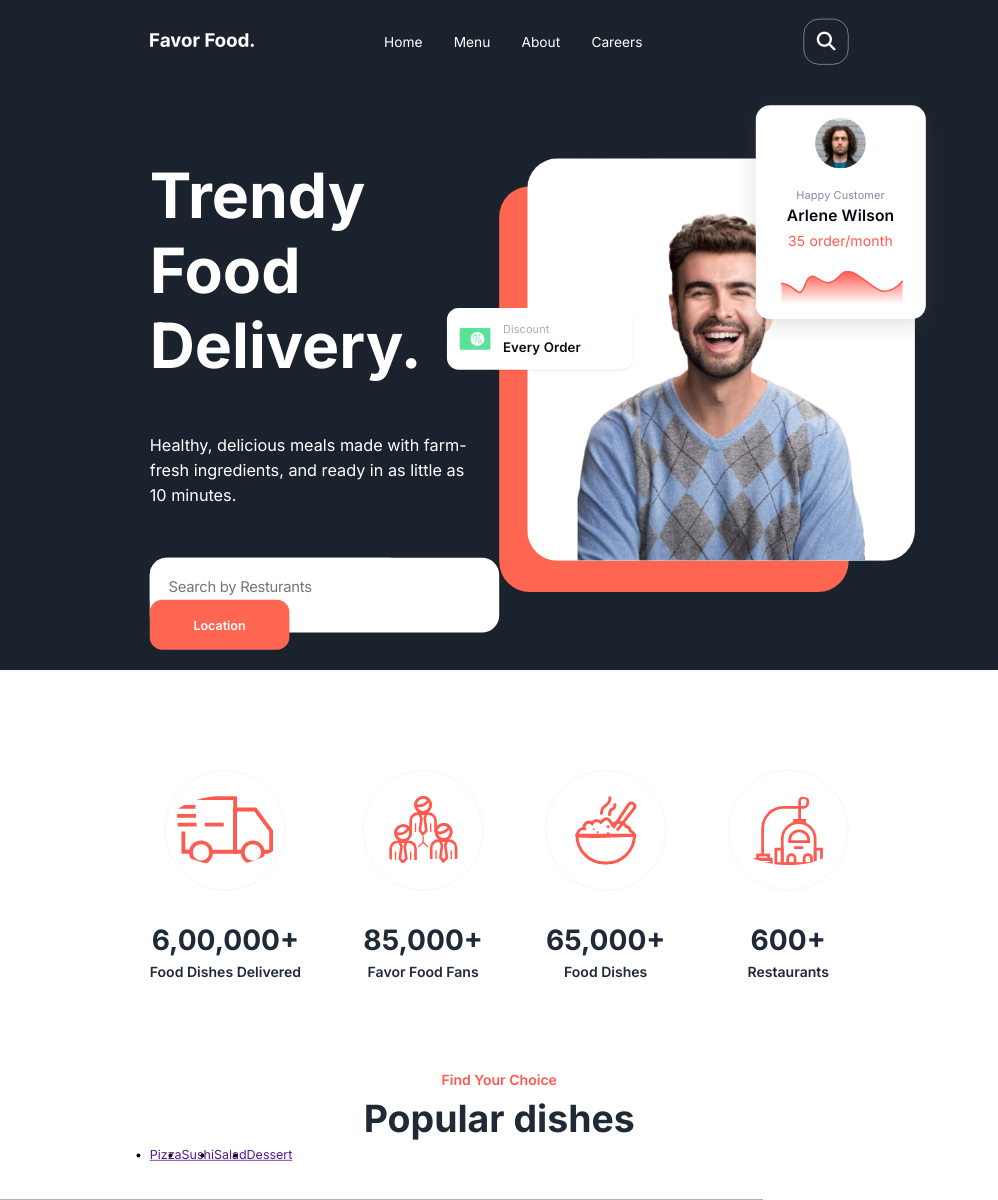
Repository: badhon252/favor-food
Page: index.html
These files come from the project's save history. The page is drawn as it stood at one moment and after the next save; the edit follows.
The browser window is 1280 px wide. The pictures show the whole page, at 78% of full size.
The style sheet was rebuilt from its Sass, Less or Tailwind sources for each picture, by a compiler version that may differ from the author's.

Above is the page before, as saved 2022-09-12 18:02:32.

### index.html
<!DOCTYPE html>
<html lang="en">

<head>
    <meta charset="UTF-8">
    <meta http-equiv="X-UA-Compatible" content="IE=edge">
    <meta name="viewport" content="width=device-width, initial-scale=1.0">
    <!-- fontawesome cdn link  -->
    <link rel="stylesheet" href="https://cdnjs.cloudflare.com/ajax/libs/font-awesome/6.2.0/css/all.min.css">
    <!-- custom css  -->
    <link rel="stylesheet" href="scss/style.css">

    <title>Favor-Food</title>
</head>

<body>
    <header class="">
        <div class="container">

            <nav>
                <div class="navbar-brand">
                    <img src="./images/logo.svg" alt="">
                </div>
                <ul class="nav">
                    <li><a href="">Home</a></li>
                    <li><a href="">Menu</a></li>
                    <li><a href="">About</a></li>
                    <li><a href="">Careers</a></li>
                </ul>

                <div class="search-icon">
                    <i class="fa-solid fa-magnifying-glass"></i>
                </div>
            </nav>

            <div class="header-content my-2">
                <div class="row">


                    <div class="col-md-6">
                        <h1>Trendy Food <br> Delivery.</h1>
                        <p class="my-5">Healthy, delicious meals made with farm- <br> fresh ingredients, and ready in as
                            little as <br>
                            10 minutes.
                        </p>
                        <form action="">
                            <input type="text" id="location" placeholder="Search by Resturants">
                            <label for="location">Location</label>
                        </form>
                    </div>
                    <div class="col-md-6">
                        <div class="card my-3">

                            <img src="./images/image 624.svg" class="header-main-img" alt="">

                            <div class="discount-card">
                                <img src="./images/Group 4347.svg" alt="">
                                <div class="discount">
                                    <h4>Discount</h4>
                                    <h2>Every Order</h2>
                                </div>
                            </div>
                            <div class="profile-card">
                                <img src="./images/Group 2738.svg" alt="">
                                <h4>Happy Customer</h4>
                                <h3>Arlene Wilson</h3>
                                <h2>35 order/month</h2>
                                <img src="./images/Group 2811.svg" alt="">
                            </div>
                        </div>
                    </div>
                </div>
            </div>
        </div>
    </header>

    <div class="second-section">
        <div class="row container">
            <div class="col-md-3">
                <img src="./images/Group 4321.svg" alt="" class="my-2 py-2">
                <h2>6,00,000+</h2>
                <h3>Food Dishes Delivered</h3>
            </div>
            <div class="col-md-3">
                <img src="./images/Group 4328.svg" alt="" class="my-2 py-2">
                <h2>85,000+</h2>
                <h3>Favor Food Fans</h3>
            </div>
            <div class="col-md-3">
                <img src="./images/Group 4323.svg" alt="" class="my-2 py-2">
                <h2>65,000+</h2>
                <h3>Food Dishes</h3>
            </div>
            <div class="col-md-3">
                <img src="./images/Group 4324.svg" alt="" class="my-2 py-2">
                <h2>600+</h2>
                <h3>Restaurants</h3>
            </div>
        </div>
    </div>

    <section class="third-section container">
        <h3>Find Your Choice</h3>
        <h2>Popular dishes</h2>
        <nav>
            <ul>
                <li><a href="">Pizza</a></li>
                <li><a href="">Sushi</a></li>
                <li><a href="">Salad</a></li>
                <li><a href="">Dessert</a></li>
            </ul>
        </nav>
    </section>
</body>

</html>

### scss/style.scss
@import url("https://fonts.googleapis.com/css2?family=Inter:wght@400;600;700;800;900&display=swap");
* {
  margin: 0%;
  padding: 0;
  box-sizing: border-box;
  font-family: "Inter", sans-serif;
}

.container {
  margin: 0 12rem;
}
.row {
  display: flex;
  align-items: center;
  justify-content: space-between;
  max-width: 100%;
  .col-md-6 {
    max-width: 50%;
  }
}
h1 {
  font-weight: 700;
  font-size: 5rem;
  line-height: 96px;
}
.my-2 {
  margin: 2rem 0;
}
.my-3 {
  margin: 3rem 0;
}
.my-4 {
  margin: 4rem 0;
}
.my-5 {
  margin: 5rem 0;
}
.my-5 {
  margin: 5rem 0;
}
.my-6 {
  margin: 6rem 0;
}
.btn {
  outline: none;
  border: none;
  padding: 15px 30px;
}
.py-1 {
  padding: 1rem 0;
}
.py-2 {
  padding: 2rem 0;
}
.py-3 {
  padding: 3rem 0;
}
.py-4 {
  padding: 4rem 0;
}
//==========
//=========
// =======
header {
  background-color: #1a222d;
  color: #fff;
  nav {
    display: flex;
    justify-content: space-between;
    align-items: center;
    padding: 1.5rem 0;
    ul {
      display: flex;
      li {
        list-style-type: none;
        a {
          text-decoration: none;
          color: #fff;
          margin-right: 2.5rem;
          font-size: 1.1rem;
          font-weight: 500;
        }
      }
    }

    .search-icon {
      color: #fff;
      border: 1px solid rgba(255, 255, 255, 0.521);
      border-radius: 50%;
      padding: 1rem;
      border-radius: 20px;
      cursor: pointer;
      &:hover {
        opacity: 1;
      }
      i {
        font-size: 1.5rem;
      }
    }
  }

  .header-content {
    min-height: 80vh;
    padding: 3rem 0;
    h1 {
      margin: 1rem 0;
    }
    p {
      font-size: 1.3rem;
      font-weight: 500;
      margin: 4rem 0;
      line-height: 32px;
    }
    form {
      display: inline-block;
      border-radius: 22px;
      background: #ffffff;
      input {
        padding: 1.5rem;
        font-size: 19px;
        line-height: 28px;
        letter-spacing: -0.02em;
        outline: none;
        border: none;
        color: #b1b1b1;
        border-radius: 22px;
      }
      label {
        background: #ff6652;
        border-radius: 16px;
        padding: 1.4rem 3.5rem;
        margin-right: 0.6rem;
        cursor: pointer;
        font-weight: 600;
      }
    }

    .card {
      background: #ff6652;
      border-radius: 39px;
      // padding: 0 4rem;
      position: relative;
      .header-main-img {
        background-color: #fff;
        padding: 0 4rem;
        border-radius: 39px;
        position: relative;
        margin-left: 8%;
        margin-bottom: 8%;
        margin-top: -8%;
        transition: 0.4s;
        &:hover {
          margin-top: 0%;
          margin-left: 0%;
          margin-bottom: 0%;
        }

        // padding-left: 3rem;
        // &:hover {
        //   margin: -2rem -2rem auto auto;
        // }
      }

      .discount-card {
        position: absolute;
        top: 30%;
        left: -15%;
        background-color: #fff;
        color: #000;
        padding: 1rem;
        display: flex;
        border-radius: 15px;
        width: 238px;
        box-shadow: rgba(0, 0, 0, 0.1) 0px 1px 2px 0px;

        img {
          margin-right: 1rem;
        }
        h4 {
          font-weight: 400;
          font-size: 14px;
          line-height: 21px;
          letter-spacing: 0.01em;
          color: #a6a6bb;
        }
        h2 {
          font-weight: 600;
          font-size: 17px;
          line-height: 26px;
          letter-spacing: 0.01em;
          color: #070a13;
        }
      }
      .profile-card {
        position: absolute;
        top: -20%;
        right: -22%;
        width: 218px;
        height: 274px;
        background-color: #fff;
        border-radius: 18px;
        color: #000;
        padding: 0 2rem;
        text-align: center;
        box-shadow: rgba(100, 100, 111, 0.2) 0px 7px 29px 0px;
        img {
          margin: 1rem 0;
        }
        h4 {
          font-weight: 500;
          font-size: 14px;
          line-height: 16px;
          text-align: center;
          letter-spacing: 0.01em;
          color: #8888a5;
          margin: 0.4rem 0;
        }
        h3 {
          font-weight: 600;
          font-size: 20px;
          line-height: 23px;
          letter-spacing: 0.01em;
          color: #070a13;
        }
        h2 {
          font-weight: 500;
          font-size: 18px;
          line-height: 21px;
          letter-spacing: 0.01em;
          color: #fe5a50;
          margin: 0.7rem 0;
        }
      }
    }
  }
}

.second-section {
  padding: 4rem 0;
  text-align: center;
  img {
    border-radius: 50%;
    width: 155px;
    height: 155px;

    background: #ffffff;
    border: 1px solid #f3f3f3;
    &:hover {
      box-shadow: rgba(0, 0, 0, 0.1) 0px 20px 25px -5px,
        rgba(0, 0, 0, 0.04) 0px 10px 10px -5px;
    }
  }
  h2 {
    font-weight: 700;
    font-size: 36px;
    line-height: 54px;
    text-align: center;
    color: #202a36;
  }
  h3 {
    font-weight: 600;
    font-size: 18px;
    line-height: 27px;
    text-align: center;
    color: #202a36;
  }
}

.third-section {
  padding: 3rem 0;
  h3 {
    font-weight: 600;
    font-size: 18px;
    line-height: 27px;
    text-align: center;
    color: #fe5a50;
  }
  h2 {
    font-weight: 700;
    font-size: 48px;
    line-height: 72px;
    text-align: center;
    color: #202a36;
  }
  nav {
    ul {
      display: flex;
      align-items: center;
    }
  }
}

After the next save:
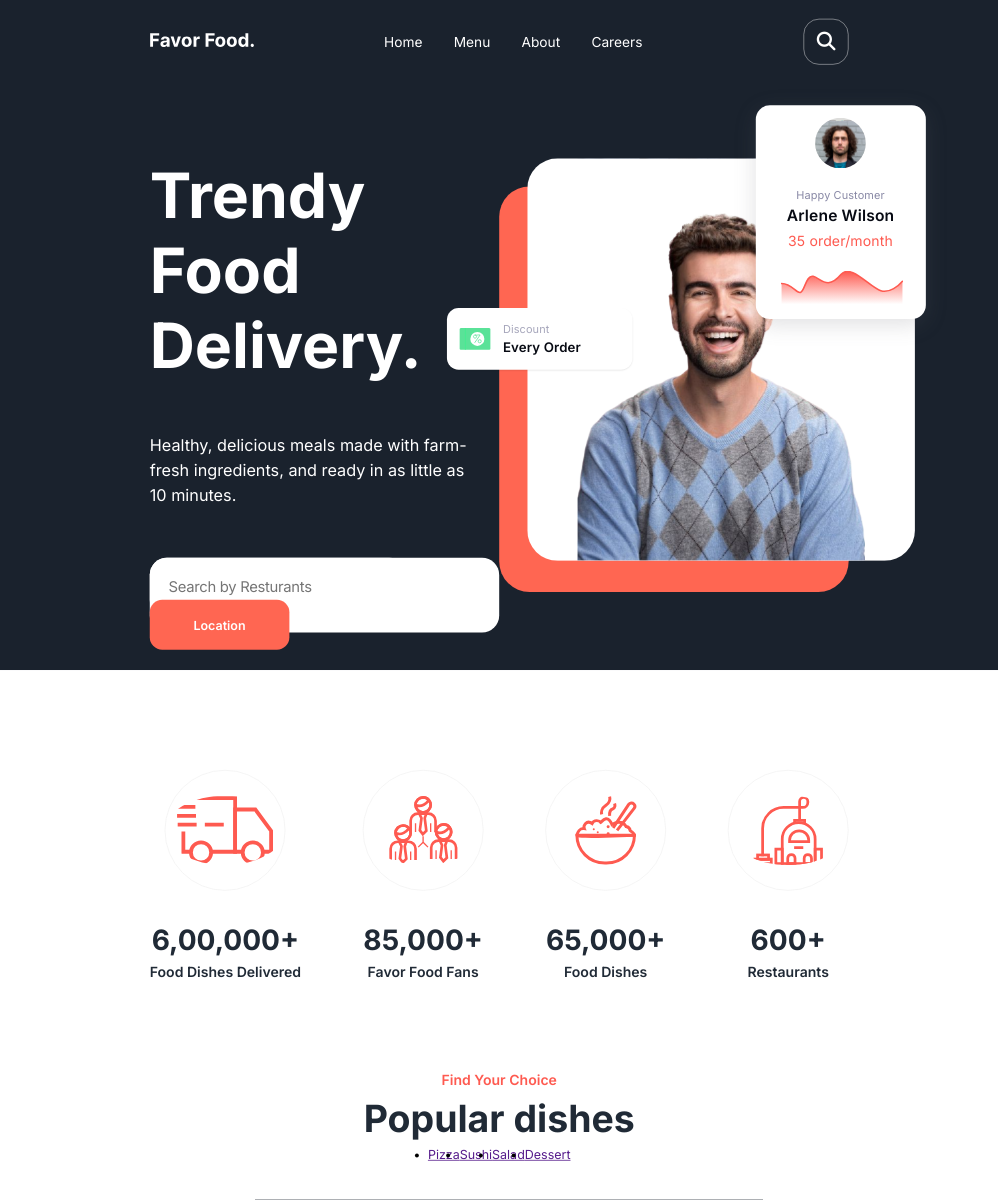
Saved 10 s later.
--- a/scss/style.scss
+++ b/scss/style.scss
@@ -286,6 +286,7 @@ header {
     ul {
       display: flex;
       align-items: center;
-    }
-  }
-}
+      justify-content: center;
+    }
+  }
+}
